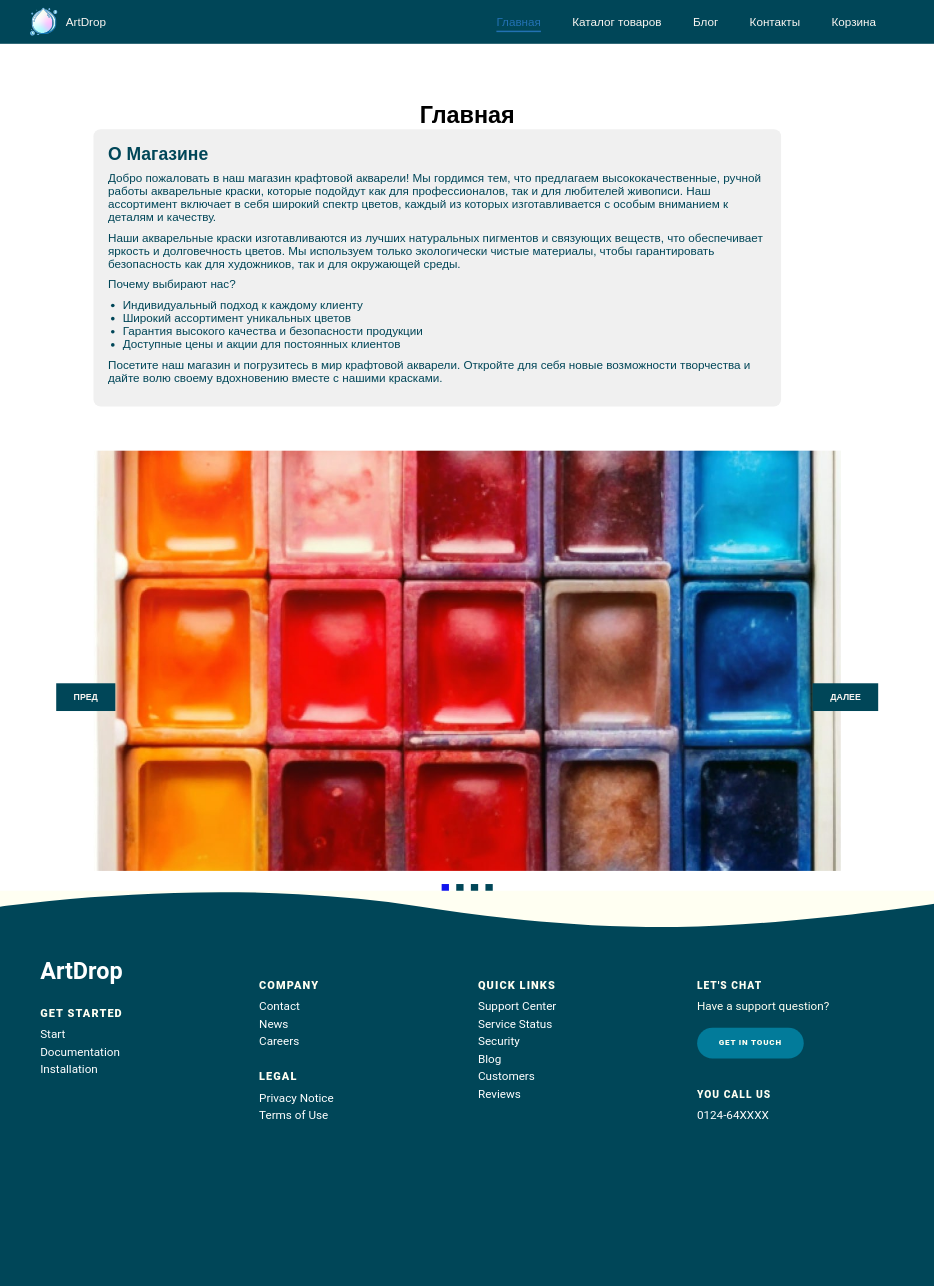
Repository: mnats725/art-drop
Page: index.html
These files come from the project's save history. The page is drawn as it stood at one moment and after the next save; the edit follows.
The browser window is 1280 px wide. The pictures show the whole page, at 73% of full size.

Above is the page before, as saved 2024-05-21 00:15:36.

### index.html
<!DOCTYPE html>
<html lang="en">
<head>
    <meta charset="UTF-8">
    <meta http-equiv="X-UA-Compatible" content="IE=edge">
    <meta name="viewport" content="width=device-width, initial-scale=1.0">
    <title>ArtDrop</title>
    <link rel="stylesheet" href="./css/style.css">
    <link rel="stylesheet" href="./css/content.css">

</head>
<body>
    <div class="wrapper">
        <header class="header">
            <!-- Шапка -->
            <div class="logo">
                <a href="index.html">
                    <img src="./assets/img/logo.svg" alt="ArtDrop Logo">
                    <span>ArtDrop</span>
                </a>
            </div>
            <!-- Меню сайта -->
            <nav class="nav">
                <ul>
                    <li class="active">Главная</li>
                    <li>Каталог товаров</li>
                    <li>Блог</li>
                    <li>Контакты</li>
                    <li>Корзина</li>
                </ul>
            </nav>
            <!-- Иконка бургерменю -->
            <div class="burger">
                <span></span>
            </div>
        </header>
    </div>

    <div class="content">
        <h1 class="content-title">Главная</h1>
        <section class="store-info">
          <h2>О Магазине</h2>
          <p>Добро пожаловать в наш магазин крафтовой акварели! Мы гордимся тем, что предлагаем высококачественные, ручной работы акварельные краски, которые подойдут как для профессионалов, так и для любителей живописи. Наш ассортимент включает в себя широкий спектр цветов, каждый из которых изготавливается с особым вниманием к деталям и качеству.</p>
          <p>Наши акварельные краски изготавливаются из лучших натуральных пигментов и связующих веществ, что обеспечивает яркость и долговечность цветов. Мы используем только экологически чистые материалы, чтобы гарантировать безопасность как для художников, так и для окружающей среды.</p>
          <p>Почему выбирают нас?</p>
          <ul>
              <li>Индивидуальный подход к каждому клиенту</li>
              <li>Широкий ассортимент уникальных цветов</li>
              <li>Гарантия высокого качества и безопасности продукции</li>
              <li>Доступные цены и акции для постоянных клиентов</li>
          </ul>
          <p>Посетите наш магазин и погрузитесь в мир крафтовой акварели. Откройте для себя новые возможности творчества и дайте волю своему вдохновению вместе с нашими красками.</p>
       </section>
        <main class="carousel-container">
            <div class="carousel">
              <div class="item active">
                <img src="./assets/img/colores/photo_1_2024-05-20_20-57-42.jpg" alt="Image 1" />
              </div>
              <div class="item">
                <img src="./assets//img/colores/photo_2_2024-05-20_20-57-42.jpg" alt="Image 2" />
              </div>
              <div class="item">
                <img src="./assets/img/colores/photo_3_2024-05-20_20-57-42.jpg" alt="Image 3" />
              </div>
              <div class="item">
                <img src="./assets/img/colores/photo_4_2024-05-20_20-57-42.jpg" alt="Image 4" />
              </div>
            </div>
            <button class="btn prev">Пред</button>
            <button class="btn next">Далее</button>
            <br>
            <div class="dots"></div>
          </main>
    </div>

    <div class="pg-footer">
        <footer class="footer">
          <svg class="footer-wave-svg" xmlns="http://www.w3.org/2000/svg" viewBox="0 0 1200 100" preserveAspectRatio="none">
            <path class="footer-wave-path" d="M851.8,100c125,0,288.3-45,348.2-64V0H0v44c3.7-1,7.3-1.9,11-2.9C80.7,22,151.7,10.8,223.5,6.3C276.7,2.9,330,4,383,9.8 c52.2,5.7,103.3,16.2,153.4,32.8C623.9,71.3,726.8,100,851.8,100z"></path>
          </svg>
          <div class="footer-content">
            <div class="footer-content-column">
              <div class="footer-logo">
                <a class="footer-logo-link" href="#">
                  <span class="hidden-link-text">ArtDrop</span>
                  <h1>ArtDrop</h1>
                </a>
              </div>
              <div class="footer-menu">
                <h2 class="footer-menu-name"> Get Started</h2>
                <ul id="menu-get-started" class="footer-menu-list">
                  <li class="menu-item menu-item-type-post_type menu-item-object-product">
                    <a href="#">Start</a>
                  </li>
                  <li class="menu-item menu-item-type-post_type menu-item-object-product">
                    <a href="#">Documentation</a>
                  </li>
                  <li class="menu-item menu-item-type-post_type menu-item-object-product">
                    <a href="#">Installation</a>
                  </li>
                </ul>
              </div>
            </div>
            <div class="footer-content-column">
              <div class="footer-menu">
                <h2 class="footer-menu-name"> Company</h2>
                <ul id="menu-company" class="footer-menu-list">
                  <li class="menu-item menu-item-type-post_type menu-item-object-page">
                    <a href="#">Contact</a>
                  </li>
                  <li class="menu-item menu-item-type-taxonomy menu-item-object-category">
                    <a href="#">News</a>
                  </li>
                  <li class="menu-item menu-item-type-post_type menu-item-object-page">
                    <a href="#">Careers</a>
                  </li>
                </ul>
              </div>
              <div class="footer-menu">
                <h2 class="footer-menu-name"> Legal</h2>
                <ul id="menu-legal" class="footer-menu-list">
                  <li class="menu-item menu-item-type-post_type menu-item-object-page menu-item-privacy-policy menu-item-170434">
                    <a href="#">Privacy Notice</a>
                  </li>
                  <li class="menu-item menu-item-type-post_type menu-item-object-page">
                    <a href="#">Terms of Use</a>
                  </li>
                </ul>
              </div>
            </div>
            <div class="footer-content-column">
              <div class="footer-menu">
                <h2 class="footer-menu-name"> Quick Links</h2>
                <ul id="menu-quick-links" class="footer-menu-list">
                  <li class="menu-item menu-item-type-custom menu-item-object-custom">
                    <a target="_blank" rel="noopener noreferrer" href="#">Support Center</a>
                  </li>
                  <li class="menu-item menu-item-type-custom menu-item-object-custom">
                    <a target="_blank" rel="noopener noreferrer" href="#">Service Status</a>
                  </li>
                  <li class="menu-item menu-item-type-post_type menu-item-object-page">
                    <a href="#">Security</a>
                  </li>
                  <li class="menu-item menu-item-type-post_type menu-item-object-page">
                    <a href="#">Blog</a>
                  </li>
                  <li class="menu-item menu-item-type-post_type_archive menu-item-object-customer">
                    <a href="#">Customers</a></li>
                  <li class="menu-item menu-item-type-post_type menu-item-object-page">
                    <a href="#">Reviews</a>
                  </li>
                </ul>
              </div>
            </div>
            <div class="footer-content-column">
              <div class="footer-call-to-action">
                <h2 class="footer-call-to-action-title"> Let's Chat</h2>
                <p class="footer-call-to-action-description"> Have a support question?</p>
                <a class="footer-call-to-action-button button" href="#" target="_self"> Get in Touch </a>
              </div>
              <div class="footer-call-to-action">
                <h2 class="footer-call-to-action-title"> You Call Us</h2>
                <p class="footer-call-to-action-link-wrapper"> <a class="footer-call-to-action-link" href="tel:0124-64XXXX" target="_self"> 0124-64XXXX </a></p>
              </div>
            </div>
        </footer>
      </div>
    <script>
        document.querySelector('.burger').addEventListener('click', function() {
            this.classList.toggle('active');
            document.querySelector('.nav').classList.toggle('open');
        })
        document.addEventListener("DOMContentLoaded", function () {
  let carousel = document.querySelector(".carousel");
  let items = carousel.querySelectorAll(".item");
  let dotsContainer = document.querySelector(".dots");

  // Insert dots into the DOM
  items.forEach((_, index) => {
    let dot = document.createElement("span");
    dot.classList.add("dot");
    if (index === 0) dot.classList.add("active");
    dot.dataset.index = index;
    dotsContainer.appendChild(dot);
  });

  let dots = document.querySelectorAll(".dot");

  // Function to show a specific item
  function showItem(index) {
    items.forEach((item, idx) => {
      item.classList.remove("active");
      dots[idx].classList.remove("active");
      if (idx === index) {
        item.classList.add("active");
        dots[idx].classList.add("active");
      }
    });
  }

  // Event listeners for buttons
  document.querySelector(".prev").addEventListener("click", () => {
    let index = [...items].findIndex((item) =>
      item.classList.contains("active")
    );
    showItem((index - 1 + items.length) % items.length);
  });

  document.querySelector(".next").addEventListener("click", () => {
    let index = [...items].findIndex((item) =>
      item.classList.contains("active")
    );
    showItem((index + 1) % items.length);
  });

  // Event listeners for dots
  dots.forEach((dot) => {
    dot.addEventListener("click", () => {
      let index = parseInt(dot.dataset.index);
      showItem(index);
    });
  });
});

    </script>
</body>
</html>

### css/style.css
html, body {
    height: 100%;
    width: 100%;
    margin: 0;
    padding: 0;
}

body {
    display: flex;
    flex-direction: column;
    font-family: Arial, "Helvetica Neue", Helvetica, sans-serif;

}

*{
    padding: 0;
    margin: 0;
    box-sizing: border-box;
}

.wrapper{
    flex-grow: 1;
}

.open{
    display: flex !important;
}

.header {
    display: flex;
    align-items: center;
    justify-content: space-between;
    min-height: 60px;
    background-color: #004658;
    color: #FAF6F2;
    padding: 0 40px;
}

.logo a {
    display: flex;
    align-items: center;
    text-decoration: none; /* Убираем подчеркивание ссылки */
    color: inherit; /* Наследуем цвет текста от родительского элемента */
}

.logo img {
    width: 40px; /* Укажите желаемую ширину для логотипа */
    height: auto;
    margin-right: 10px; /* Добавим небольшое расстояние между логотипом и текстом */
}

.nav {
    display: flex;
    width: 600px;
    padding: 0 40px;
}

.nav ul {
    width: 100%;
    list-style: none;
    display: flex;
    justify-content: space-between;
}

.nav ul li {
    position: relative; /* Добавим позиционирование для создания эффекта */
    cursor: pointer; /* Указатель при наведении для обозначения активного элемента */
    transition: color 0.3s ease; /* Анимация при наведении */
}

.nav ul li::after {
    content: '';
    position: absolute;
    bottom: -5px;
    left: 0;
    width: 0; /* Начальное значение нулевой ширины */
    height: 2px;
    background-color: #2271B3; /* Цвет линии */
    transition: width 0.3s ease; /* Анимация изменения ширины */
}

.nav ul li:hover::after {
    width: 100%; /* Увеличиваем ширину линии при наведении */
}

.nav ul li:hover,
.nav ul li.active { /* Изменение цвета текста при наведении и активном состоянии */
    color: #2271B3; /* Цвет текста при наведении и активном состоянии */
}

.nav ul li.active::after {
    content: '';
    position: absolute;
    bottom: -5px;
    left: 0;
    width: 100%;
    height: 2px;
    background-color: #2271B3; /* Цвет подчеркивания активного элемента */
}

* {
    margin: 0;
    padding: 0;
  }
  a {
    color: #fff;
    text-decoration: none;
  }
  .pg-footer {
    font-family: 'Roboto', sans-serif;
  }


  .footer {
      background-color: #004658;
      color: #fff;

  }
  .footer-wave-svg {
      background-color: transparent;
      display: block;
      height: 30px;
      position: relative;
      top: -1px;
      width: 100%;
  }
  .footer-wave-path {
      fill: #fffff2;
  }

  .footer-content {
      margin-left: auto;
      margin-right: auto;
      max-width: 1230px;

      padding: 40px 15px 450px;
      position: relative;
  }

  .footer-content-column {
      box-sizing: border-box;
      float: left;
      padding-left: 15px;
      padding-right: 15px;
      width: 100%;
      color: #fff;
  }

  .footer-content-column ul li a {
    color: #fff;
    text-decoration: none;
  }

  .footer-logo-link {
      display: inline-block;
  }
  .footer-menu {
      margin-top: 30px;
  }

  .footer-menu-name {
      color: #fffff2;
      font-size: 15px;
      font-weight: 900;
      letter-spacing: .1em;
      line-height: 18px;
      margin-bottom: 0;
      margin-top: 0;
      text-transform: uppercase;
  }
  .footer-menu-list {
      list-style: none;
      margin-bottom: 0;
      margin-top: 10px;
      padding-left: 0;
  }
  .footer-menu-list li {
      margin-top: 5px;
  }

  .footer-call-to-action-description {
      color: #fffff2;
      margin-top: 10px;
      margin-bottom: 20px;
  }
  .footer-call-to-action-button:hover {
      background-color: #fffff2;
      color: #00bef0;
  }
  .button:last-of-type {
      margin-right: 0;
  }
  .footer-call-to-action-button {
      background-color: #027b9a;
      border-radius: 21px;
      color: #fffff2;
      display: inline-block;
      font-size: 11px;
      font-weight: 900;
      letter-spacing: .1em;
      line-height: 18px;
      padding: 12px 30px;
      margin: 0 10px 10px 0;
      text-decoration: none;
      text-transform: uppercase;
      transition: background-color .2s;
      cursor: pointer;
      position: relative;
  }
  .footer-call-to-action {
      margin-top: 30px;
  }
  .footer-call-to-action-title {
      color: #fffff2;
      font-size: 14px;
      font-weight: 900;
      letter-spacing: .1em;
      line-height: 18px;
      margin-bottom: 0;
      margin-top: 0;
      text-transform: uppercase;
  }
  .footer-call-to-action-link-wrapper {
      margin-bottom: 0;
      margin-top: 10px;
      color: #fff;
      text-decoration: none;
  }
  .footer-call-to-action-link-wrapper a {
      color: #fff;
      text-decoration: none;
  }





  .footer-social-links {
      bottom: 0;
      height: 54px;
      position: absolute;
      right: 0;
      width: 236px;
  }

  .footer-social-amoeba-svg {
      height: 54px;
      left: 0;
      display: block;
      position: absolute;
      top: 0;
      width: 236px;
  }

  .footer-social-amoeba-path {
      fill: #027b9a;
  }

  .footer-social-link.linkedin {
      height: 26px;
      left: 3px;
      top: 11px;
      width: 26px;
  }

  .footer-social-link {
      display: block;
      padding: 10px;
      position: absolute;
  }

  .hidden-link-text {
      position: absolute;
      clip: rect(1px 1px 1px 1px);
      clip: rect(1px,1px,1px,1px);
      -webkit-clip-path: inset(0px 0px 99.9% 99.9%);
      clip-path: inset(0px 0px 99.9% 99.9%);
      overflow: hidden;
      height: 1px;
      width: 1px;
      padding: 0;
      border: 0;
      top: 50%;
  }

  .footer-social-icon-svg {
      display: block;
  }

  .footer-social-icon-path {
      fill: #fffff2;
      transition: fill .2s;
  }

  .footer-social-link.twitter {
      height: 28px;
      left: 62px;
      top: 3px;
      width: 28px;
  }

  .footer-social-link.youtube {
      height: 24px;
      left: 123px;
      top: 12px;
      width: 24px;
  }

  .footer-social-link.github {
      height: 34px;
      left: 172px;
      top: 7px;
      width: 34px;
  }


  /* Media Query For different screens */
  @media (min-width:320px) and (max-width:479px)  { /* smartphones, portrait iPhone, portrait 480x320 phones (Android) */
    .footer-content {
      margin-left: auto;
      margin-right: auto;
      max-width: 1230px;
      padding: 40px 15px 1050px;
      position: relative;
    }
  }
  @media (min-width:480px) and (max-width:599px)  { /* smartphones, Android phones, landscape iPhone */
    .footer-content {
      margin-left: auto;
      margin-right: auto;
      max-width: 1230px;
      padding: 40px 15px 1050px;
      position: relative;
    }
  }
  @media (min-width:600px) and (max-width: 800px)  { /* portrait tablets, portrait iPad, e-readers (Nook/Kindle), landscape 800x480 phones (Android) */
    .footer-content {
      margin-left: auto;
      margin-right: auto;
      max-width: 1230px;
      padding: 40px 15px 1050px;
      position: relative;
    }
  }
  @media (min-width:801px)  { /* tablet, landscape iPad, lo-res laptops ands desktops */

  }
  @media (min-width:1025px) { /* big landscape tablets, laptops, and desktops */

  }
  @media (min-width:1281px) { /* hi-res laptops and desktops */

  }




  @media (min-width: 760px) {
    .footer-content {
        margin-left: auto;
        margin-right: auto;
        max-width: 1230px;
        padding: 40px 15px 450px;
        position: relative;
    }

    .footer-wave-svg {
        height: 50px;
    }

    .footer-content-column {
        width: 24.99%;
    }
  }
  @media (min-width: 568px) {
    /* .footer-content-column {
        width: 49.99%;
    } */
  }


.burger{
    display: none;
    position: relative;
    z-index: 50;
    align-items: center;
    justify-content: flex-end;
    width: 30px;
    height: 18px;
}

.burger span{
    height: 2px;
    width: 80%;
    transform: scale(1);
    background-color: #FAF6F2;
}

.burger::before, .burger::after{
    content: '';
    position: absolute;
    height: 2px;
    width: 100%;
    background-color: #FAF6F2;
    transition: all 0.3s ease 0s;
}

.burger::before { top: 0 }

.burger::after { bottom: 0 }


/* Добавляем класс active для анимации иконки бургера */
.burger.active span { transform: scale(0) }

.burger.active::before{
    top: 50%;
    transform: rotate(-45deg) translate(0, -50%);
}

.burger.active::after{
    bottom: 50%;
    transform: rotate(45deg) translate(0, 50%);
}


/* При разрешении экрана 900px и ниже, выводим на экран иконку бургера */
@media (max-width: 900px) {

    .burger { display: flex }

    .nav{
        display: none;
        flex-direction: column;
        position: fixed;
        height: 100%;
        width: 100%;
        top: 0; bottom: 0; left: 0; right: 0;
        z-index: 50;
        overflow-y: auto;
        padding: 50px 40px;
        background-color: #388ae7;
        animation: burgerAnimation 0.4s;
    }

    .nav ul{
        flex-direction: column;
        row-gap: 30px;
    }


}

@keyframes burgerAnimation {
    from {opacity: 0}
    to {opacity: 1}
}

### css/content.css
.content {
  padding-top: 80px;
}

.content-title {
  text-align: center;
}

.store-info {
  background-color: #f0f0f0;
  color: #004658;
  padding: 20px;
  border-radius: 10px;
  margin-bottom: 20px;
  margin-left: 10%;
  margin-right: 210px;
}

.store-info h2 {
  color: #004658;
  margin-bottom: 10px;
}

.store-info p,
.store-info ul {
  margin-bottom: 10px;
}

.store-info ul {
  padding-left: 20px;
}

.store-info ul li {
  list-style-type: disc;
}

.carousel-container {
  padding-top: 40px;
  width: 80%;
  height: 70%;
  margin: auto;
  position: relative;
  display: flex;
  flex-direction: column;
  gap: var(--lx-gap);

  .carousel {
    aspect-ratio: 16/9;
    width: 100%;
    position: relative;
    overflow: hidden;

    .item {
      opacity: 0;
      width: 100%;
      height: 100%;
      display: none;
      transition: opacity 0.5s ease-in-out;

      img {
        width: 100%;
        height: 100%;
        object-fit: cover;
        object-position: center;
      }

      .caption {
        width: 100%;
        padding: var(--lx-space-01);
        position: absolute;
        bottom: 0;
        text-transform: uppercase;
        text-align: center;
        font-size: 12px;
        background-color: rgba(0, 0, 0, 0.5);
      }

      &.active {
        opacity: 1;
        display: block;
      }
    }
  }

  .btn {
    padding: 1em 2em;
    position: absolute;
    transform: translateY(-50%);
    top: 50%;
    outline: none;
    border: none;
    cursor: pointer;
    text-transform: uppercase;
    font-size: 12px;
    font-weight: 900;
    color: #FAF6F2;
    background-color: #004658;
    transition: transform 0.2s ease-in-out;

    &:active,
    &:focus {
      transform: translateY(-50%) scale(0.9);
    }

    &:hover {
      transform: translateY(-50%) scale(0.96);
    }
  }

  .prev {
    left: -5%;
  }

  .next {
    right: -5%;
  }

  .dots {
    display: flex;
    align-items: center;
    justify-content: center;
    gap: 10px;

    .dot {
      cursor: pointer;
      height: 10px;
      width: 10px;
      background-color: #004658;
      transition: background-color 0.2s ease;

      &.active,
      &:hover {
        background-color: #1115ee;
      }
    }
  }
}

After the next save:
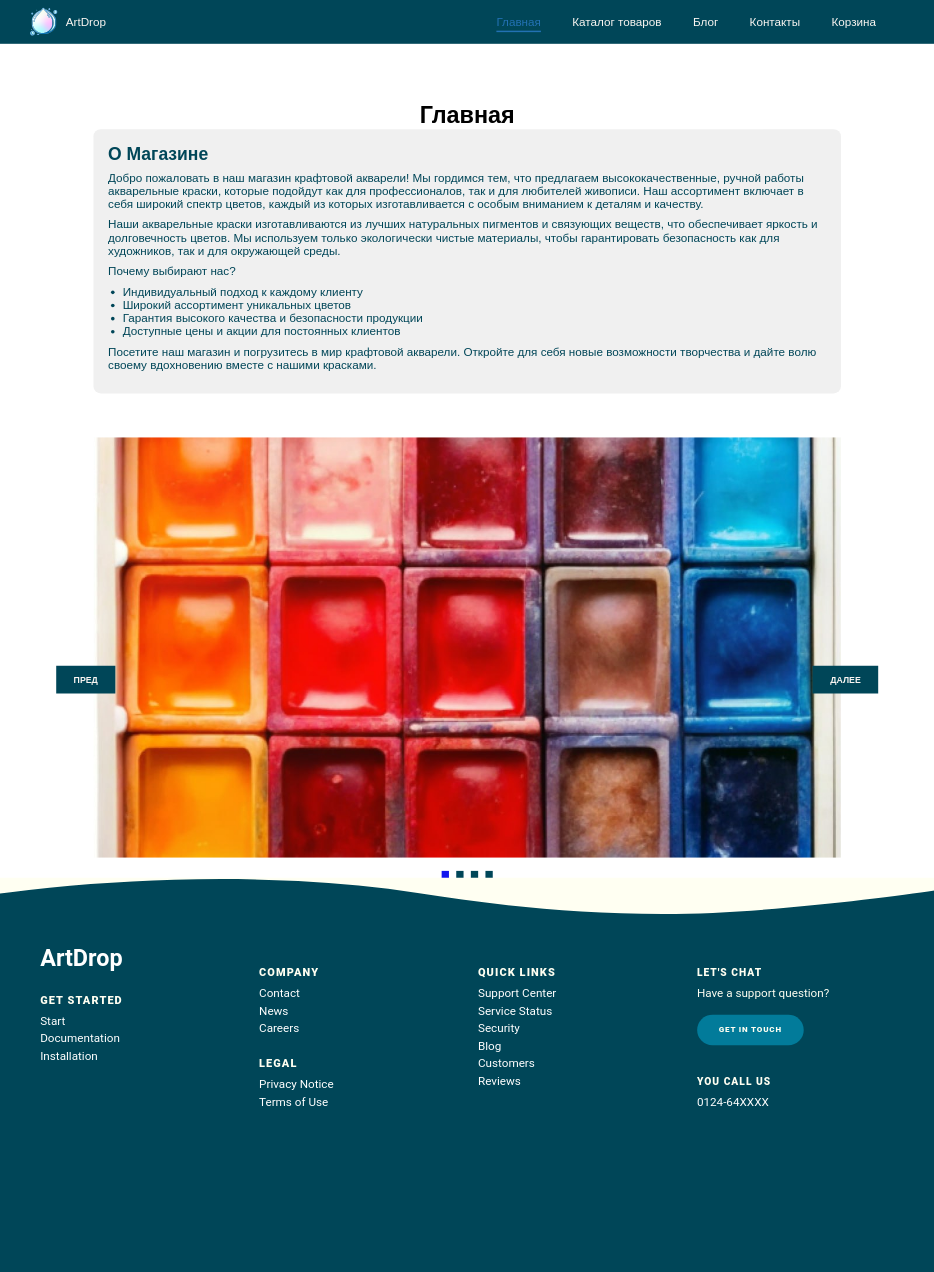
Saved 6 s later.
--- a/css/content.css
+++ b/css/content.css
@@ -13,7 +13,7 @@
   border-radius: 10px;
   margin-bottom: 20px;
   margin-left: 10%;
-  margin-right: 210px;
+  margin-right: 10%;
 }
 
 .store-info h2 {
